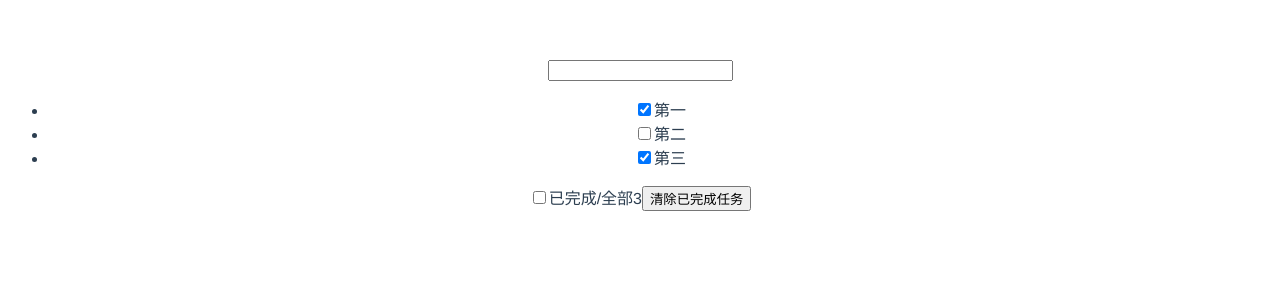
Repository: 13067902180/vue2.0study
Page: /
These files come from the project's save history. The page is drawn as it stood at one moment and after the next save; the edit follows.
The browser window is 1280 px wide. The pictures show the whole page.
The project was rebuilt for these pictures with package versions that can differ from the ones it lists, and the page was loaded fresh each time. Also part of the build but not shown: vue.config.js.

Above is the page before, as saved 2023-02-07 16:57:47.

After the next save:
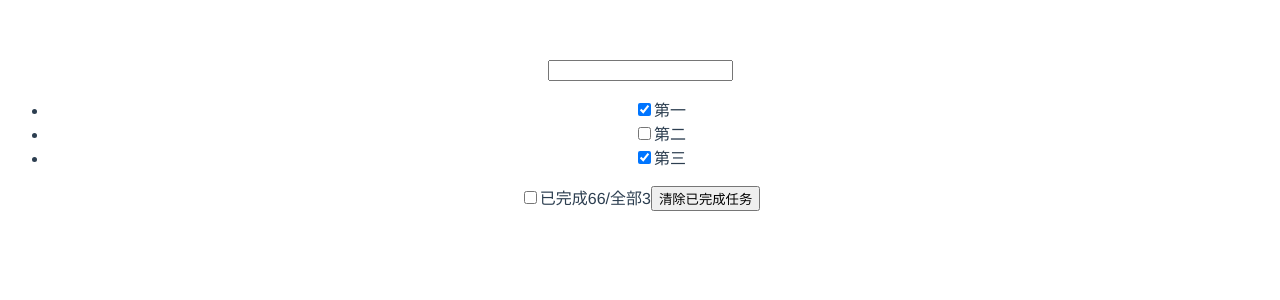
Saved 23 s later.
--- a/src/components/MyFooter.vue
+++ b/src/components/MyFooter.vue
@@ -16,7 +16,9 @@
   name: "MyFooter",
   props: ["todos"],
   computed: {
-    doneTotal() {},
+    doneTotal() {
+      return 66;
+    },
   },
 };
 </script>
